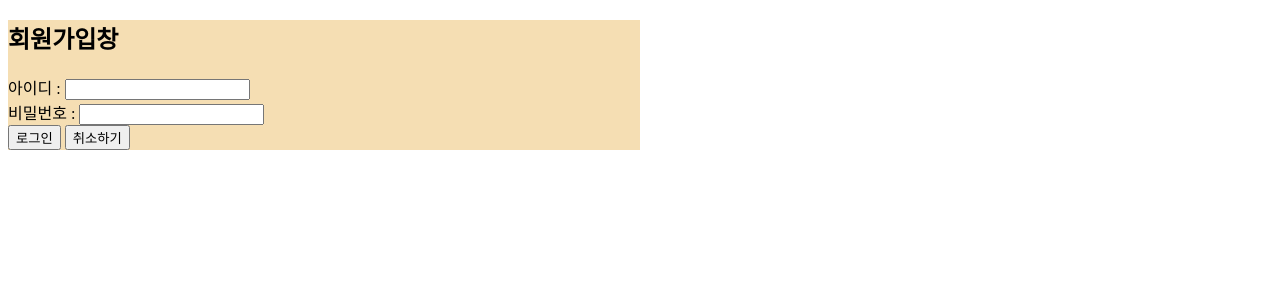
Repository: ineble/demo1
Page: http://localhost/test/hello2.jsp
The author's editor kept a copy of each file at every save. The page is drawn from the files as they stood at one save, then again after the next save.
The browser window is 1280 px wide. The pictures show the whole page.
The page is served by Tomcat 10.

Above is the page before, as saved 2022-08-03 08:39:34.

After the next save:
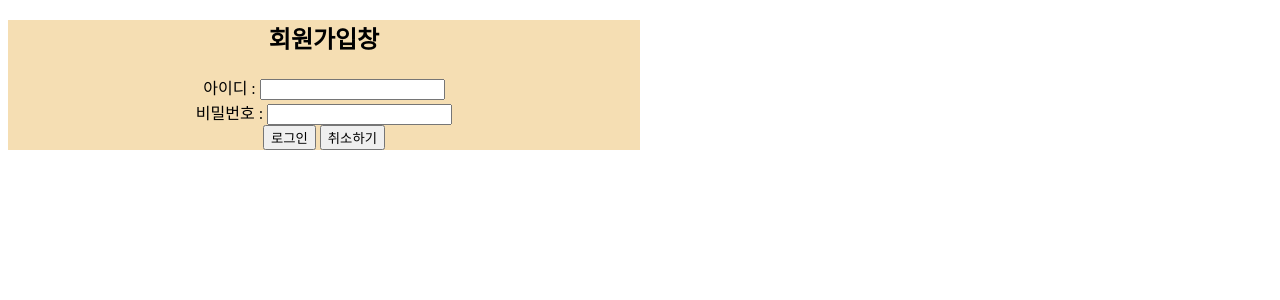
Saved 15 s later.
--- a/test/src/main/webapp/hello2.jsp
+++ b/test/src/main/webapp/hello2.jsp
@@ -13,7 +13,7 @@
 <style type="text/css">
 	#loginForm{
 		width : 50%;
-		text-align : 50px;
+		text-align : center;
 		background-color: wheat;
 
 	}
